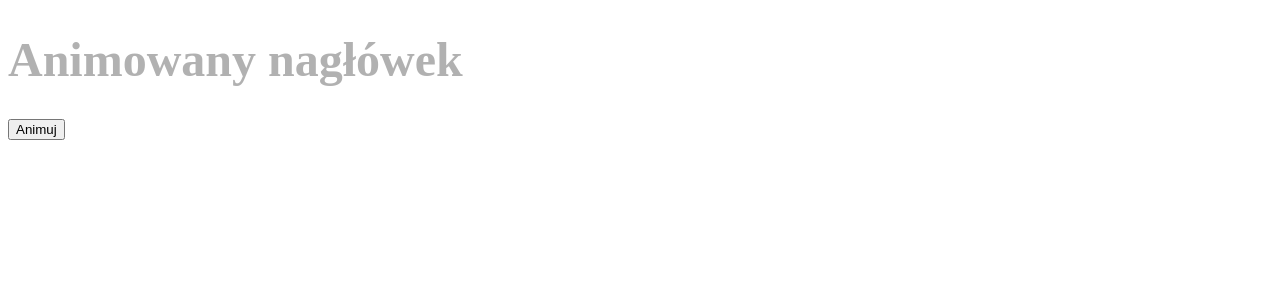
Repository: magdaf41/jQuery
Page: zadanie 3/index.html
These files come from the project's save history. The page is drawn as it stood at one moment and after the next save; the edit follows.
The browser window is 1280 px wide. The pictures show the whole page.
After loading, the first visible `#animate` was clicked once.

Above is the page before, as saved 2020-09-09 20:52:38.

After the next save:
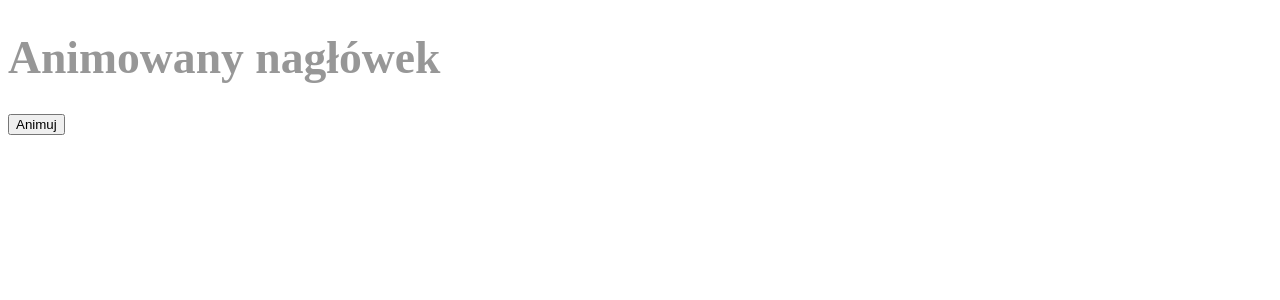
Saved 38 s later.
--- a/zadanie 3/js/main.js
+++ b/zadanie 3/js/main.js
@@ -2,7 +2,7 @@ $(document).ready(function () {
     const heading = $('h1');
 
     $('#animate').click(function () {
-        heading.animate({opacity: 0.3, fontSize: '3em'})
+        heading.animate({opacity: 0.3, fontSize: '3em'}, 2000)
 
     });
 
